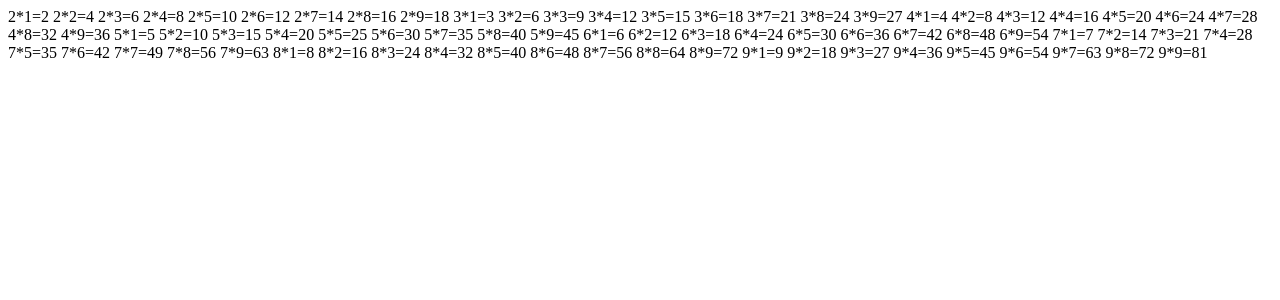
Repository: djdh94/JSP
Page: http://localhost/JSPBasic/JspTag/Scriptlet.jsp
An editor plug-in stored every save of this project. The page is shown before and after the next save, followed by the edit.
The browser window is 1280 px wide. The pictures show the whole page.
The page is served by Tomcat 9.

Above is the page before, as saved 2022-12-16 12:43:35.

### JSPBasic/src/main/webapp/JspTag/Scriptlet.jsp
<%@ page language="java" contentType="text/html; charset=UTF-8"
    pageEncoding="UTF-8"%>
<!DOCTYPE html>
<html>
<head>
<meta charset="UTF-8">
<title>Insert title here</title>
</head>
<body>
	<%
	for(int dan=2; dan<10; dan++){
		for(int i=1; i<10; i++){
			out.println(dan+"*"+i+"="+dan*i);
		}
	}
	%>
</body>
</html>

After the next save:
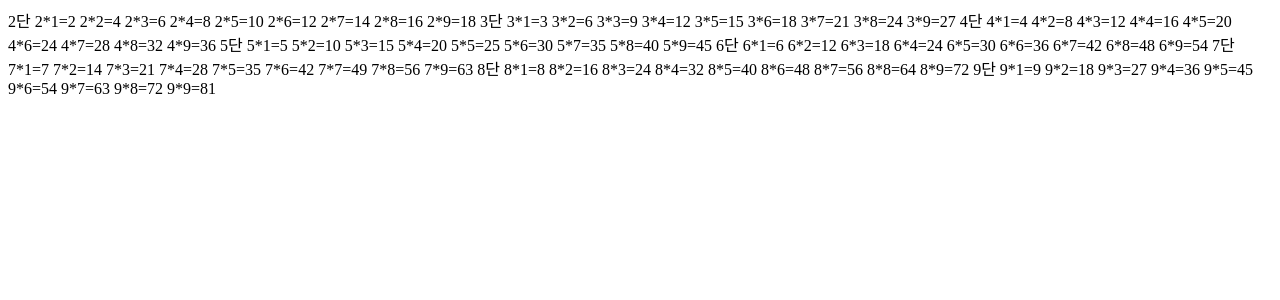
Saved 20 s later.
--- a/JSPBasic/src/main/webapp/JspTag/Scriptlet.jsp
+++ b/JSPBasic/src/main/webapp/JspTag/Scriptlet.jsp
@@ -9,6 +9,7 @@
 <body>
 	<%
 	for(int dan=2; dan<10; dan++){
+		out.println(dan+"단");
 		for(int i=1; i<10; i++){
 			out.println(dan+"*"+i+"="+dan*i);
 		}
